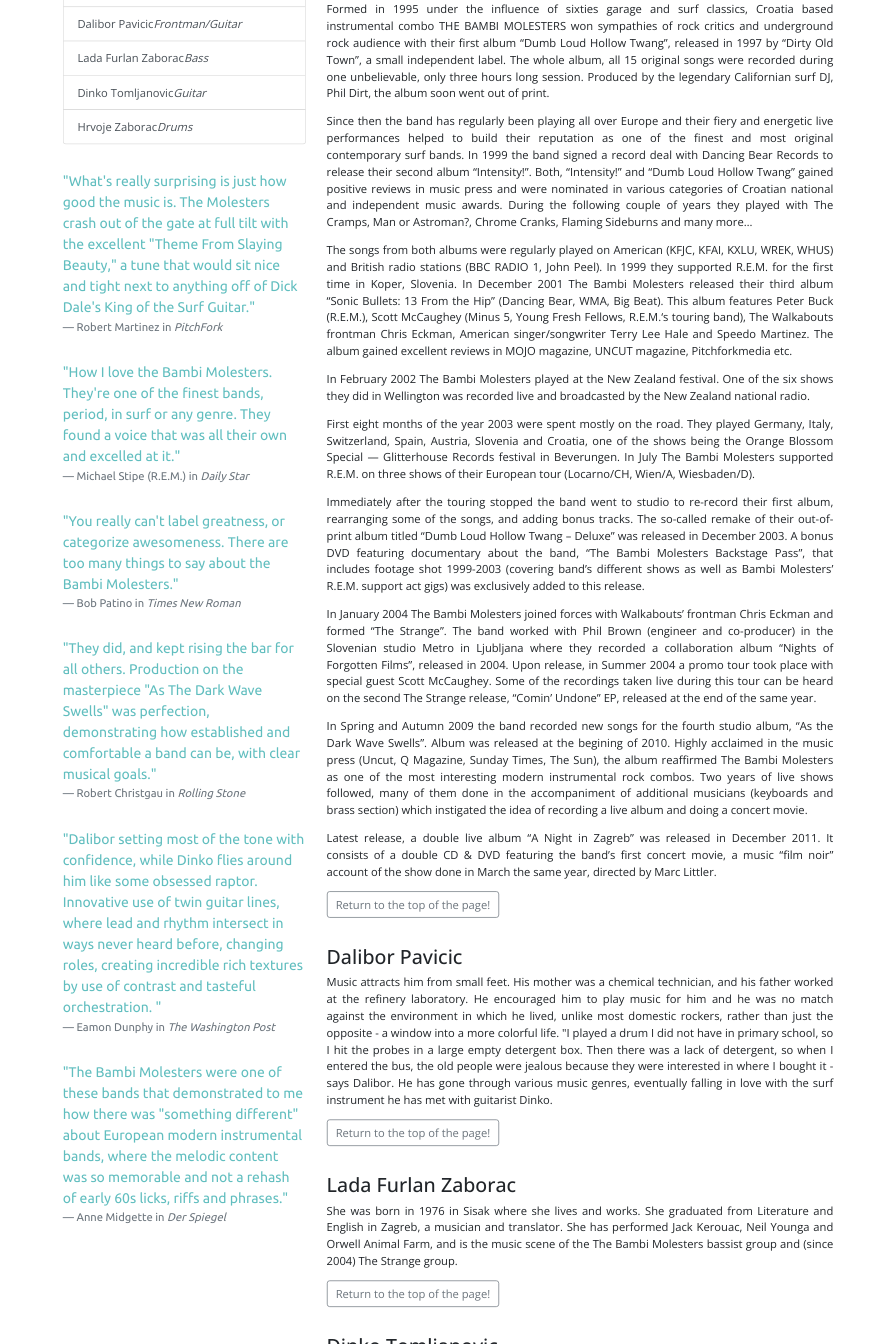
Repository: NamcorStudent/Stream_1_Project_HTML5-CSS3
Page: about.html
The author's editor kept a record of every edit. The page is drawn from the files as they stood at one moment, then again after the next edit.
The browser window is 1280 px wide. The pictures show the part of the page from y = 673 to 2593 px (the page is 3039 px tall), at 70% of full size.
Some web libraries are served in a nearby version.

Above is the page before.

After the next edit:
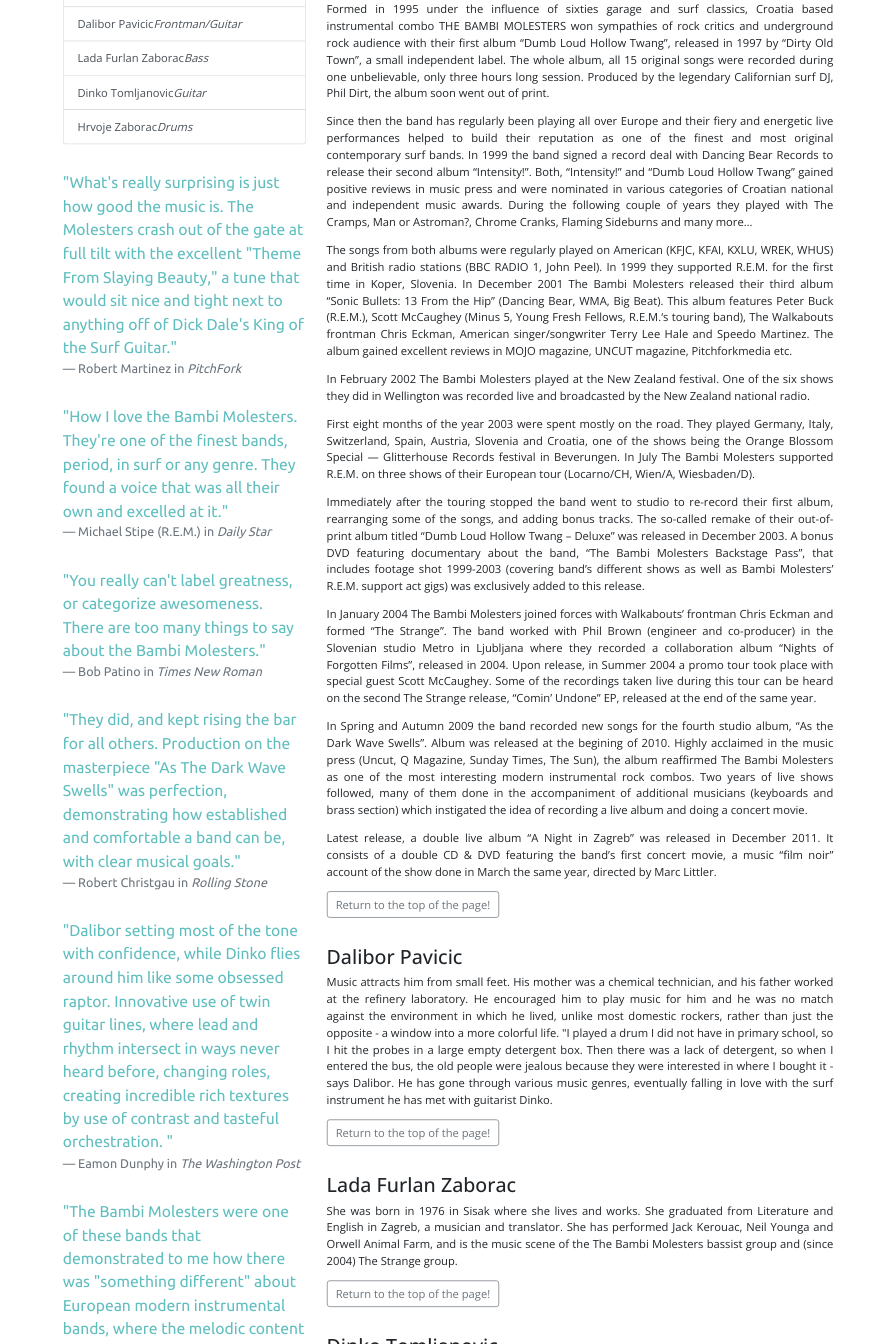
The edit:
--- a/assets/css/style.css
+++ b/assets/css/style.css
@@ -205,6 +205,7 @@
 
 .quotes .blockquote{
     margin-top: 3vw;
+    font-size: 1.40rem;
 }
 
 .btn-outline-secondary{
